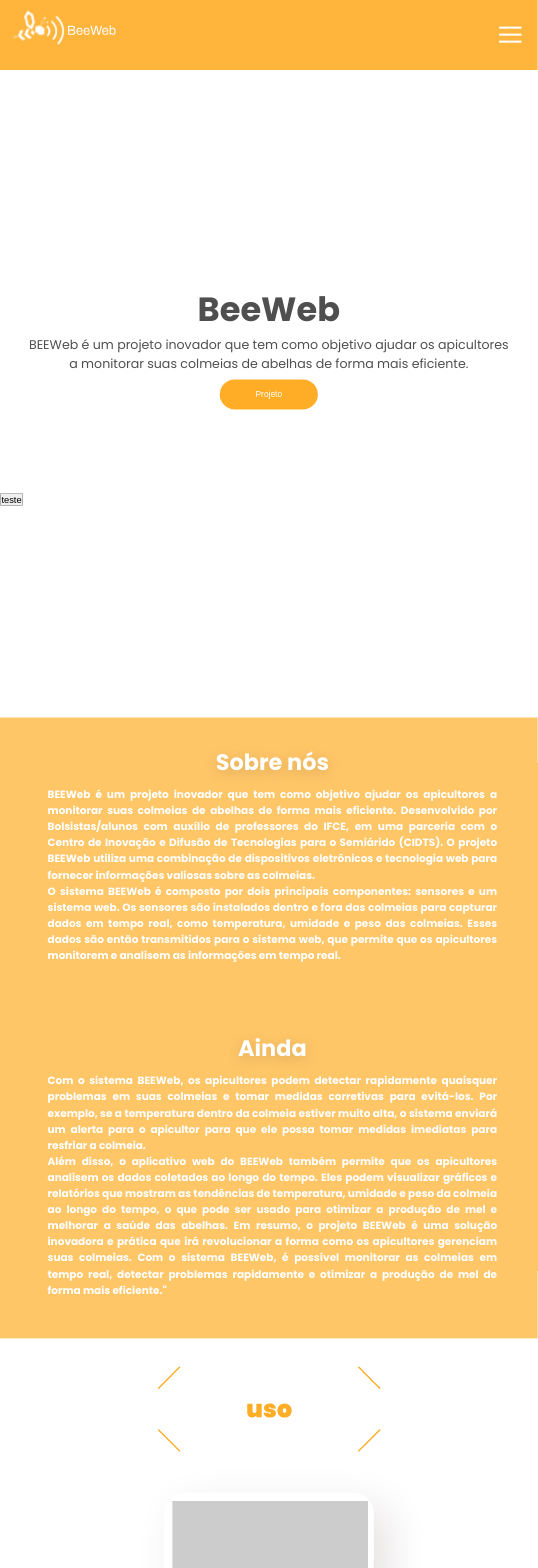
Repository: CCG-web/beeweb
Page: /
The author's editor kept a copy of each file at every save. The page is drawn from the files as they stood at one save, then again after the next save.
The browser window is 768 px wide. The pictures show the part of the page from y = 0 to 2240 px (the page is 5848 px tall before and 5458 px after), at 70% of full size.
The project was rebuilt for these pictures with package versions that can differ from the ones it lists, and the page was loaded fresh each time.

Above is the page before, as saved 2023-05-09 09:28:42.

### public/index.html
<!DOCTYPE html>
<html lang="en">
  <head>
    <meta charset="utf-8" />
    <link rel="icon" href="%PUBLIC_URL%/favicon.ico" />
    <meta name="viewport" content="width=device-width, initial-scale=1" />
    <meta name="theme-color" content="#000000" />
    <meta
      name="description"
      content="Web site created using create-react-app"
    />
    <link rel="preconnect" href="https://fonts.googleapis.com">
<link rel="preconnect" href="https://fonts.gstatic.com" crossorigin>
<link href="https://fonts.googleapis.com/css2?family=Poppins:ital,wght@0,100;0,200;0,300;0,400;0,500;0,600;0,700;0,800;0,900;1,100;1,200;1,300;1,400;1,500;1,600;1,700;1,800;1,900&display=swap" rel="stylesheet">
    <link rel="apple-touch-icon" href="%PUBLIC_URL%/logo192.png" />
    <!--
      manifest.json provides metadata used when your web app is installed on a
      user's mobile device or desktop. See https://developers.google.com/web/fundamentals/web-app-manifest/
    -->
    <link rel="manifest" href="%PUBLIC_URL%/manifest.json" />
    <!--
      Notice the use of %PUBLIC_URL% in the tags above.
      It will be replaced with the URL of the `public` folder during the build.
      Only files inside the `public` folder can be referenced from the HTML.

      Unlike "/favicon.ico" or "favicon.ico", "%PUBLIC_URL%/favicon.ico" will
      work correctly both with client-side routing and a non-root public URL.
      Learn how to configure a non-root public URL by running `npm run build`.
    -->
    <title>BeeWeb</title>
  </head>
  <body>
    <noscript>You need to enable JavaScript to run this app.</noscript>
    <div id="root"></div>
    <!--
      This HTML file is a template.
      If you open it directly in the browser, you will see an empty page.

      You can add webfonts, meta tags, or analytics to this file.
      The build step will place the bundled scripts into the <body> tag.

      To begin the development, run `npm start` or `yarn start`.
      To create a production bundle, use `npm run build` or `yarn build`.
    -->
  </body>
</html>

### src/index.css
*{
   margin: 0;
   padding: 0;
   box-sizing: border-box;
}

### src/App.js
import Navbar from "./components/Navbar";
import Home from "./components/Home.jsx"
import Sobre from "./components/Sobre";
import Cards from "./components/Cards";
import './App.css'
import uso from "./assets/uso.svg"
import Equipe from "./assets/Equipe.svg"
import Team from "./components/Team";
import ContatoLogo from "./assets/contato.svg";
import Contato from "./components/Contato";
import Footer from "./components/Footer";
import { useRef } from "react";
import Headline from "./components/Headline";

function App() {
  const contatoref = useRef(null)
  const homeref = useRef(null)

  const HomeFuncao = () => {

    homeref.current?.scrollIntoView({ behavior: 'smooth' });
  }

  const ContatoFuncao = () => {
    contatoref.current?.scrollIntoView({ behavior: 'smooth' });
  }


  return (

    <div>

      <Headline ref={homeref}/>

      <Navbar Home="Home"
      sobre="Sobre nós"
      uso="Uso"
      Contato="Contato" event={ContatoFuncao}
      />



      <Home />
<button onClick={ContatoFuncao}>teste</button>

      <Sobre />
      <div className="uso">

        <img className="imgUso" src={uso} alt="" />
      </div>

      <div className='cardContainer'>

        <Cards
          image="https://via.placeholder.com/385x384.png?text=Image+1"
          alt="Image 1"
          title="Internet das coisas"
          description="Internet das coisas é um conceito que se refere à interconexão digital de objetos cotidianos com a internet, conexão dos objetos mais do que das pessoas."
        />
        <Cards
          image="https://via.placeholder.com/385x384.png?text=Image+2"
          alt="Image 2"
          title="Gráficos de predição"
          description="mostra cada valor da previsão ao longo do tempo, comparando-a com a previsão e a cota do final do período."
        />
        <Cards
          image="https://via.placeholder.com/385x384.png?text=Image+3"
          alt="Image 3"
          title="Algoritmo de aprendizagem"
          description="Os algoritmos de aprendizagem supervisionada relacionam uma saída com uma entrada com base em dados rotulados. "
        />
      </div>
      <div className="uso">


        <img className="imgUso" src={Equipe} alt="" />
      </div>
      <Team />
      <div className="uso">


        <Headline ref={contatoref} />
        <img className="imgUso" src={ContatoLogo} alt="" />
      </div>
<button onClick={HomeFuncao}>subir</button>
      <Contato />
      <Footer />

    </div>





  );
}

export default App;

### src/components/Navbar.jsx

import React, { useState, useEffect, } from 'react'
import logoBee from "../assets/logoBEE.svg"

import { Divide as Hamburger } from 'hamburger-react'
import './Navbar.css'
const Navbar = (props) => {
  const [toggleMenu, setToggleMenu] = useState(false)
  const [screenWidth, setScreenWidth] = useState(window.innerWidth)


  const toggleNav = () => {

    setToggleMenu(!toggleMenu)
  }
  useEffect(() => {

    const changeWidth = () => {
      setScreenWidth(window.innerWidth);
    }

    window.addEventListener('resize', changeWidth)
    return () => {
      window.removeEventListener('resize', changeWidth)
    }
  }, [])


  return (



    <nav>


      {(toggleMenu || screenWidth > 1000) && (
        <ul className="list">


          <li  className="items" onClick={props.event}>{props.Home}</li>
          <li  className="items"  onClick={props.event}>{props.sobre}</li>
          <li  className="items"  onClick={props.event}>{props.uso}</li>
          <li  className="items"  onClick={props.event}>{props.Contato}</li>


        </ul>
      )

      }


       <img className="logo" src={logoBee} alt="" / >

      <button onClick={toggleNav} className='btn'><Hamburger/></button>
    </nav>

  )
}

export default Navbar;

### src/components/Home.jsx


import './Home.css'
const Home = () => {
    return (
        <section className='containerHome'>
            <div >

                <h1>BeeWeb</h1>

                <p>BEEWeb é um projeto inovador que tem como objetivo ajudar os apicultores <br/> a monitorar
                    suas colmeias de abelhas de forma mais eficiente.  </p>

                <button className='btnProjeto'>Projeto</button>
            </div>
        </section>
    )
}

export default Home

### src/components/Sobre.jsx
import React from 'react'

import './Sobre.css'

const Sobre = () => {
    return (
        <section className='ContainerSobre'  >
            <div className='itens'>

                <div className='texto first'>

                <h1>Sobre nós</h1>

                    <p>BEEWeb é um projeto inovador que tem como objetivo ajudar os apicultores a monitorar suas colmeias de abelhas de forma mais eficiente. Desenvolvido por Bolsistas/alunos com auxílio de professores do IFCE, em uma parceria com o Centro de Inovação e Difusão de Tecnologias para o Semiárido (CIDTS). O projeto BEEWeb utiliza uma combinação de dispositivos eletrônicos e tecnologia web para fornecer informações valiosas sobre as colmeias. <br />

                        O sistema BEEWeb é composto por dois principais componentes: sensores e um sistema web. Os sensores são instalados dentro e fora das colmeias para capturar dados em tempo real, como temperatura, umidade e peso das colmeias. Esses dados são então transmitidos para o sistema web, que permite que os apicultores monitorem e analisem as informações em tempo real.
                    </p>
                </div>

            </div>
            <div className='itens two' >
                <div className='texto secord' >
                <h1>Ainda</h1>

                    <p>Com o sistema BEEWeb, os apicultores podem detectar rapidamente quaisquer problemas em suas colmeias e tomar medidas corretivas para evitá-los. Por exemplo, se a temperatura dentro da colmeia estiver muito alta, o sistema enviará um alerta para o apicultor para que ele possa tomar medidas imediatas para resfriar a colmeia. <br />

                        Além disso, o aplicativo web do BEEWeb também permite que os apicultores analisem os dados coletados ao longo do tempo. Eles podem visualizar gráficos e relatórios que mostram as tendências de temperatura, umidade e peso da colmeia ao longo do tempo, o que pode ser usado para otimizar a produção de mel e melhorar a saúde das abelhas.

                        Em resumo, o projeto BEEWeb é uma solução inovadora e prática que irá revolucionar a forma como os apicultores gerenciam suas colmeias. Com o sistema BEEWeb, é possível monitorar as colmeias em tempo real, detectar problemas rapidamente e otimizar a produção de mel de forma mais eficiente."
                    </p>
                </div>
            </div>

        </section>




    )
}

export default Sobre

### src/components/Cards.jsx
import React from 'react'
import './Cards.css'
function Cards(props) {
    return (



   <div className="card">
        <img src={props.image} alt={props.alt} />
        <div className="card-content">
          <h3>{props.title}</h3>
          <p className="description">{props.description}</p>
        </div>
      </div>





    );
  }

export default Cards

### src/App.css
body{
    font-family: 'Poppins', sans-serif;
}



.uso{
    display: flex;
    justify-content: center;
    width: 100%;
    height: 200px;
}

.imgUso{
    margin: 40px;
    width: 321px;
    height: 122px;
}

.imgEquipe{
    margin: 40px;
    width: 321px;
    height: 122px;
}

.cardContainer {

    display: flex;
    justify-content: center;

}

@media screen and (max-width: 768px) {
    .cardContainer {
        display: flex;

        flex-direction: column;
        align-items: center;

    }

    .card {

        width: 300px;



    }

}

@media screen and (max-width: 430px) {


.imgUso{
    margin: 40px;
    width: 120px;
    height: 61px;
}


    .card {
        width: 250px;


    }


}


@media screen and (max-width: 300px) {
    .card {
    margin-left: 5%;
    }
}

### src/components/Team.jsx


import React from 'react';
import './Team.css';

function Team() {
  return (
    <div className="team-container">
      <div className="team">
        <div className="team-image-container">
          <img src="https://via.placeholder.com/80x80" alt="Imagem" className="team-round-image" />
        </div>
        <div className="team-text-container">
          <h2 className="team-title">Titulo 1</h2>
          <p className="team-description">Descrição 1</p>
        </div>
      </div>
      <div className="team">
        <div className="team-image-container">
          <img src="https://via.placeholder.com/80x80" alt="Imagem" className="team-round-image" />
        </div>
        <div className="team-text-container">
          <h2 className="team-title">Titulo 2</h2>
          <p className="team-description">Descrição 2</p>
        </div>
      </div>
      <div className="team">
        <div className="team-image-container">
          <img src="https://via.placeholder.com/80x80" alt="Imagem" className="team-round-image" />
        </div>
        <div className="team-text-container">
          <h2 className="team-title">Titulo 3</h2>
          <p className="team-description">Descrição 3</p>
        </div>
      </div>
      <div className="team">
        <div className="team-image-container">
          <img src="https://via.placeholder.com/80x80" alt="Imagem" className="team-round-image" />
        </div>
        <div className="team-text-container">
          <h2 className="team-title">Titulo 4</h2>
          <p className="team-description">Descrição 4</p>
        </div>
      </div>
    </div>
  );
}

export default Team;

### src/components/Contato.jsx
import React from 'react'
import './Contato.css'
import { BsFillTelephoneFill } from 'react-icons/bs';
import { IoMail} from 'react-icons/io5';
import { IoLocationSharp} from 'react-icons/io5';

const Contato = () => {
    return (
        <div className="containerForm">

            <div className="itensForm first">

            <form className="form" action="#" method="post">

                <input type="text" id="name" name="name" placeholder="Seu nome" />


                <input type="text" id="email" name="email" placeholder="Seu e-mail" />


                <textarea id="message" name="message" placeholder="Sua mensagem"></textarea>

                <button type="submit">Enviar</button>
            </form>
        </div>
        <div className="itensForm Secord">
            <ul>

                <li className="listContact"> <i className='icons'><IoMail/></i> contato@plataformacidts.com</li>
                <li className="listContact"><i className='icons'><BsFillTelephoneFill/></i>  (85) 9 8956.6689</li>
                <li className="listContact"><i className='icons'><IoLocationSharp/></i>BR-020, km 209 - Boa Viagem</li>
            </ul>
        </div>
            </div>
    )
}

export default Contato

### src/components/Footer.jsx
import React from 'react'
import logoifce from '../assets/logoifce.svg'
import logociditis from '../assets/cidits.svg'
import logoFuncap from '../assets/funcap 1.svg'
import './Footer.css'
const Footer = () => {
  return (
    <div className='footer'>

        <div className='itensFooter'>
        <h6>Apoio:</h6>
        <img  src={logoFuncap} alt=""/>
        </div>
        <div className='itensFooter'>
        <img  src={logociditis} alt=""/>
        </div>
        <div className='itensFooter'>
        <img  src={logoifce} alt="" / >
        </div>
    </div>

  )
}

export default Footer

### src/components/Headline.jsx
import React from 'react'
import { forwardRef } from 'react'

const Headline = ({text}, ref) => {
  return <h2 ref={ref}>{text}</h2>

}


export default forwardRef(Headline)

### src/components/Navbar.css
nav {
    font-family: 'Poppins', sans-serif;
    font-size: 20px;
    font-weight: 300;

    position: fixed;
    z-index: 1;
    top: 0;
    width: 100%;
    height: 200px;
    background-color: #ffad26;
    color: white;
    opacity: 0.9;
}


.logo{
    position: absolute;
    left: 10px;
    top: -10px;
    width: 386px;
    height: 233px;

}
.list {
    list-style-type: none;
    background: #ffad26;
    height: 100%;
    display: flex;
    justify-content:flex-end;
    align-items: center;
    position: relative;
}

.items {
    margin-right: 75px;
    font-size: 20px;
    color: white;
    cursor: pointer;
    transition: color 0.3s ease, transform 0.3s ease;
  }

  .items:hover {
    color: black;
    transform: translateX(-5px) rotate(-5deg);
  }

.items {
    margin-right: 75px;
    font-size: 20px;

    color: white;
    cursor: pointer;
}

.btn {
    border: none;
    display: none;
    position: absolute;
    background-color:#ffad26;
    right: 10px;
    top: 20px;
    padding: 5px;
    color: white;
    font-size: 20px;
}

@media screen and (max-width: 1366px) {
    nav{
        height: 150px;

    }

    .logo{

        width: 308.8px;
        height: 186.4px;
    }
}

@media screen and (max-width: 1000px) {
    .list {
        flex-direction: column;
        height: auto;
    }
    .logo{
        position: absolute;
        left: 10px;
        top:0px;
        width: 155.6px;
        height: 93.2px;

    }
    nav{
        height: 100px;
    }
    .items:nth-child(1) {

        margin-top: 100px;
    }

    .items {
        border-top: 1px solid rgb(255, 249, 249);
        width: 100%;
        text-align: center;
        margin-right: 0px;
        padding: 20px 0;
    }

    .btn {
        display: block;
    }
}

### src/components/Home.css
section {
    width: 100%;

    height: 800px;

    display: flex;
    justify-content: center;
    text-align: center;
    align-items: center;

}

h1 {
    font-family: 'Poppins', sans-serif;
    font-size: 96px;
    font-style: mixed;
    color: #4F4F4F;
}

p {
    font-family: 'Poppins', sans-serif;
    font-style: normal;
    font-size: 18px;
    color: #4F4F4F;
}

.btnProjeto {
    cursor: pointer;
    margin: 10px;
    font-size: 24px;
    background-color: #FFAD26;
    width: 280px;
    height: 86px;
    color: #FFFF;
    border: none;
    border-radius: 71px;
    transition: transform 0.4s ease-in-out, background-color 0.4s ease-in-out;
  }

  .btnProjeto:hover {
    background-color: #E76F00;
    transform: scale(1.05);
  }

  .btnProjeto:active {
    background-color: #FFC940;
    transform: scale(0.95);
  }



@media screen and (max-width: 1000px) {

    section{
        height:400px;;
    }

    section {
        margin-top: 300px;
    }

    h1 {
        font-size: 48px;
    }



    .btnProjeto {
        width: 140px;
        height: 43px;
        font-size: 12px;
    }
}


@media screen and (max-width: 400px) {
    h1 {
        font-size: 30px;
    }
    p {
        font-size: 10px;
    }

    .btnProjeto {
        width: 90px;
        height: 41.5px;
    }

}

### src/components/Sobre.css
.ContainerSobre {
    justify-content: center;
    width: 100%;
    height: 850px;
    background-color: #FFC668;
    padding-left: 10px;


}

.itens>p {
    display: flex;
    text-align: right;
}

.texto>h1 {
    text-shadow: 0px 4px 20px rgba(0, 0, 0, 0.15);
    margin-top: 15px;
    color: white;
    font-size: 64px;
}

.texto {
    font-style: normal;
    font-weight: 700;
    margin: 5%;
    padding: 5%;
}

.first {
    text-align: left;
}

.secord {
    margin-top: 10%;
    text-align: right;


}


.texto>p {

    font-size: 18px;
    font-weight: bold;
    color: white;



}

.itens {
    width: 50%;
}

.ContainerSobre {
    background-size: auto;

}


@media screen and (max-width: 1000px) {
    .itens {
        width: 100%;
    }

    .ContainerSobre {
        background: none;
        background-color: #FFC668;
        display: flex;
        flex-direction: column;
        height: 100%;

    }

    .texto>h1 {
        text-align: center;
        font-size: 32px;
        margin: 10px;
    }

    .texto {
        text-align: justify;
        margin-top: 10px;
        padding: 20px;

        height: 100%
    }

    .texto>p {
        font-size: 15px;
    }
}

### src/components/Cards.css
.card {

  width: 350px;


  margin: 20px;
  border-radius: 30px;
  box-shadow:  20px 20px 60px #e6e1e1,
  -20px -20px 60px #ffffff;
  display: inline-block;
  vertical-align: top;
  overflow: hidden;
  position: relative;
  transition: transform 0.3s ease-in-out;


}
.description{
  font-family: 14px;
}
.card img {
  margin: 4%;
  width: calc(100% - 20px);
  height: auto;
}

.card:hover {
  transform: scale(1.05);

  box-shadow: 2px 2px 10px rgba(0, 0, 0, 0.5);
}

h3 {
  margin: 10px;
  font-family: 'Poppins', sans-serif;
  font-style: normal;
  font-weight: 900;
  font-size: 16px;

  color: #FFAD26;
}
.description{
  margin: 10px;
  color: #FFAD26;
}
.card:hover:after {
  content: "";
  display: block;
  position: absolute;
  top: 0;
  left: 0;
  width: 100%;
  height: 100%;
  z-index: -1;
}

### src/components/Team.css
.team-container {

  font-family: 'Poppins';
  margin-left: 20%;
  margin-right: 20%;
  display: flex;
  flex-wrap: wrap;
  justify-content: space-between;
}

.team {
  height: 233px;
  width: calc(50% - 10px);
  border-radius: 40px;
  background-color: #fff;
  margin-bottom: 20px;
  box-shadow: 0 0 10px rgba(0, 0, 0, 0.1);
  border: 1px solid #FFAD26;
  display: flex;
  flex-direction: row;
}

@media screen and (max-width: 1400px) {
  .team-container {
    margin-left: 10%;
    margin-right: 10%;
  }
}

@media screen and (max-width: 768px) {
  .team {
    width: 90%;
    margin-left: 5%;
  }
}

.image-container {
  display: flex;
  justify-content: center;
  align-items: center;
  width: 150px;
}

.team-round-image {
  margin: 10px;
  width: 80px;
  height: 80px;
  border-radius: 50%;

}

.text-container {
  padding: 20px;
  display: flex;
  flex-direction: column;
  justify-content: center;
  align-items: flex-start;
}

h2 {
  margin-top: 10px;
  font-size: 16px;
  margin-bottom: 10px;
}

.team-text-container {
  font-size: 16px;
  color: #FFAD26;
  margin-bottom: 0;
}

.team-description {
  color: #FFAD26;
}

.team:hover {
  box-shadow: 0px 0px 15px rgba(0, 0, 0, 0.3);
}

### src/components/Contato.css
* {
    box-sizing: border-box;
  }

  body {

    margin: 0;
    padding: 0;
  }

  .itensForm{
    width: 100%;
    display: flex;
    justify-content: center;



  }
  .first{
    justify-content: end;
  }
  .listContact{

    margin-bottom: 15%;
    list-style-type: none;
  }

 .icons{
  color: #FFAD26;
    margin-right: 5px;
  }
  .Secord{

    justify-content: initial;
    margin-left: 5%;
  }
  .containerForm{


    display: flex;
    justify-content: center;

    align-items: center;
    height: 400px;
    background-color: white;
    margin-left: 12%;
    margin-right: 9%;
  }

  .form {
    display: flex;
    flex-direction: column;
    justify-content: center;
    align-items: center;
    background-color: white;
    border-radius: 5px;
    padding: 20px;

    max-width: 500px;
    width: 90%;
  }

  input[type="text"],
  textarea {
    width: 100%;
    padding: 12px 20px;
    margin: 8px 0;
    box-sizing: border-box;
    border: none;
    border-radius: 60px;
    background-color: #FFAD26;
    color: white;
  }

  input[type="text"]::placeholder,
  textarea::placeholder {
    color: white;
  }

  .contact-info {
    display: flex;
    justify-content: space-between;
    width: 100%;
    margin-top: 20px;
    font-size: 16px;
  }

  .contact-info li {
    display: flex;
    align-items: center;
  }

  .contact-info li i {
    margin-right: 10px;
    font-size: 20px;
    color: #FFAD26;
  }

  button[type="submit"] {
    background-color: white;
    color: #FFAD26;
    padding: 12px 20px;
    margin: 8px 0;
    border: 2px solid #FFAD26;
    border-radius: 60px;
    cursor: pointer;
    width: 168px;
    height: 56px;
  }

  button[type="submit"]:hover {
    background-color: #FFAD26;
    color: white;
  }

  @media screen and (max-width: 786px) {
    .first{
        justify-content: center;
    }
    .Secord{
        margin: 0;
        justify-content: center;
    }
    .containerForm{
        flex-direction: column;

    }

    .form {
      width: 100%;
    }
  }

### src/components/Footer.css
.footer{
    width: 100%;
    height: 145px;
    background-color: #FFAD26;
    margin-top: 30px;
}

Loaded but not shown: src/index.js (common file)

After the next save:
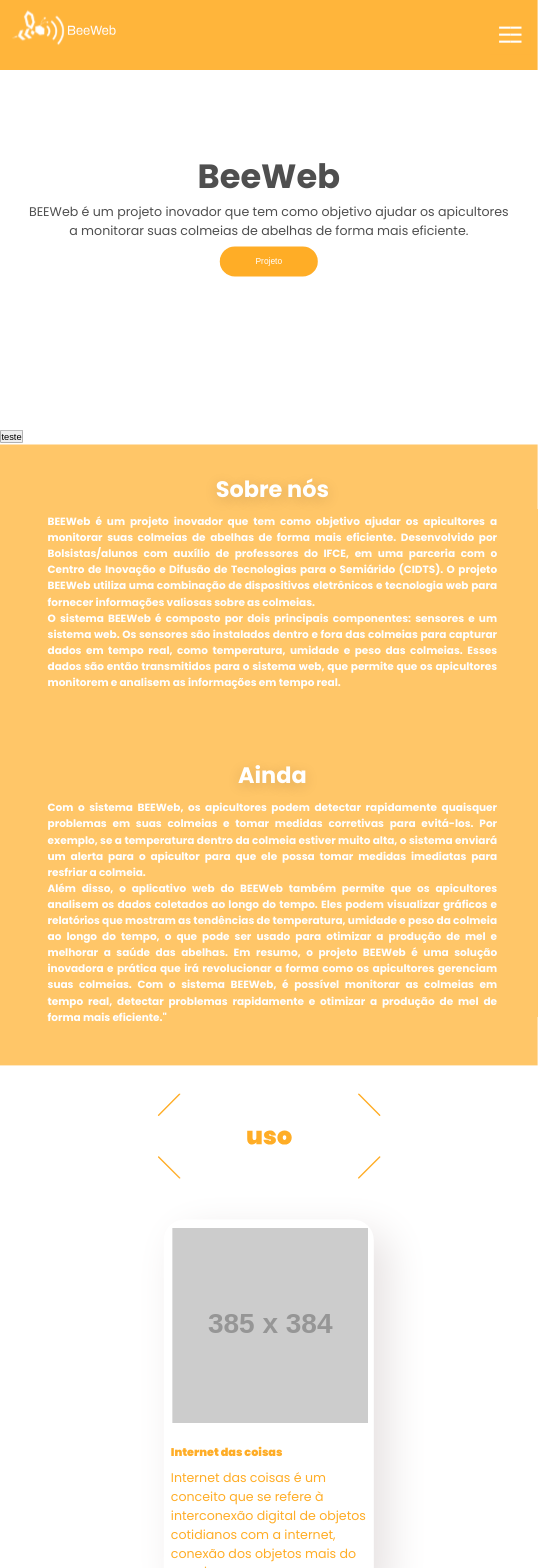
Saved 3 min 0 s later.
--- a/src/components/Home.css
+++ b/src/components/Home.css
@@ -52,12 +52,10 @@
 @media screen and (max-width: 1000px) {
 
     section{
-        height:400px;;
+        height:600px;;
     }
 
-    section {
-        margin-top: 300px;
-    }
+
 
     h1 {
         font-size: 48px;
